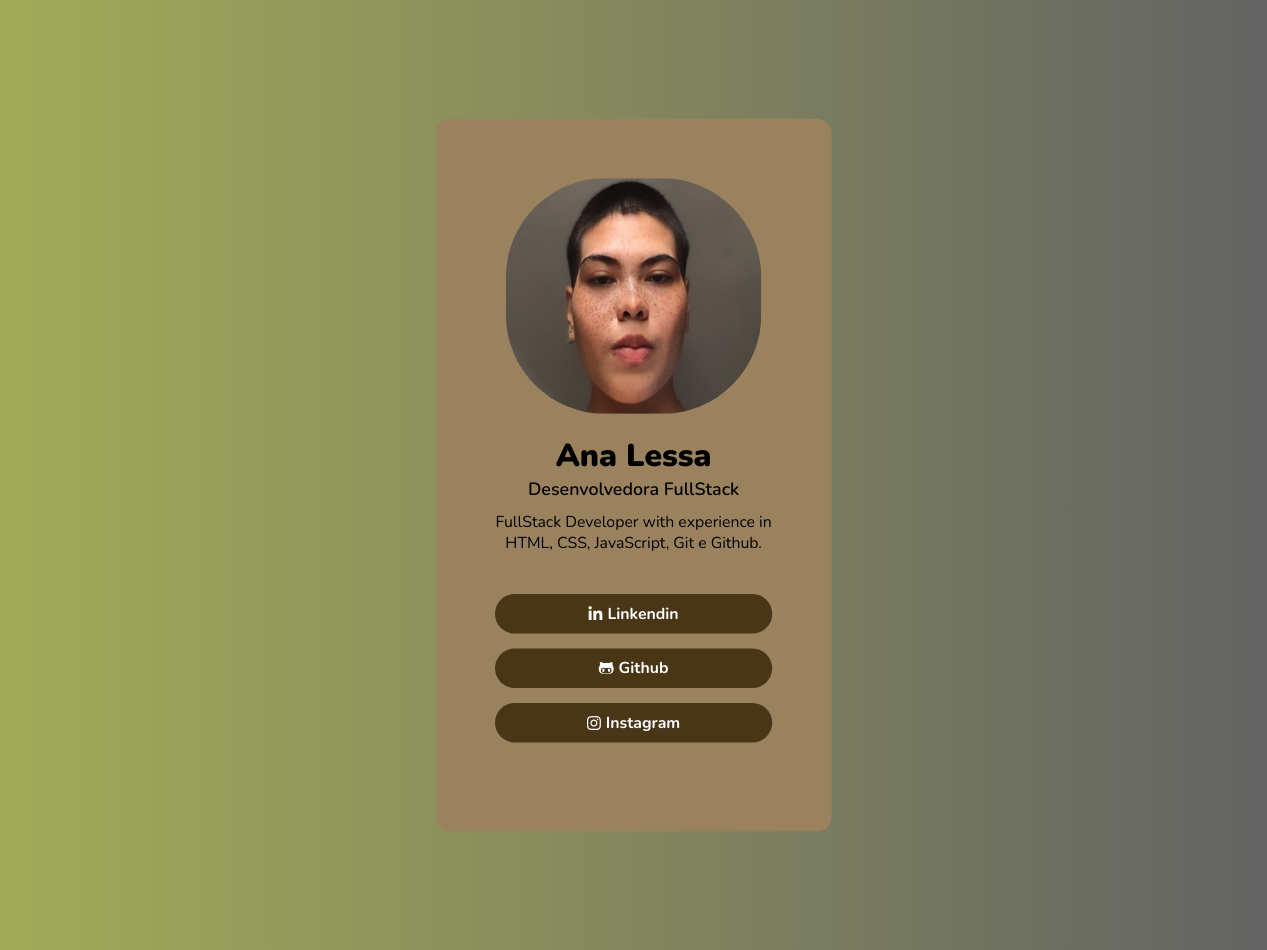
Repository: analessp/linktree
Page: index.html
These files come from the project's save history. The page is drawn as it stood at one moment and after the next save; the edit follows.
The browser window is 1280 px wide. The pictures show the whole page, at 99% of full size.

Above is the page before, as saved 2025-04-11 11:29:29.

After the next save:
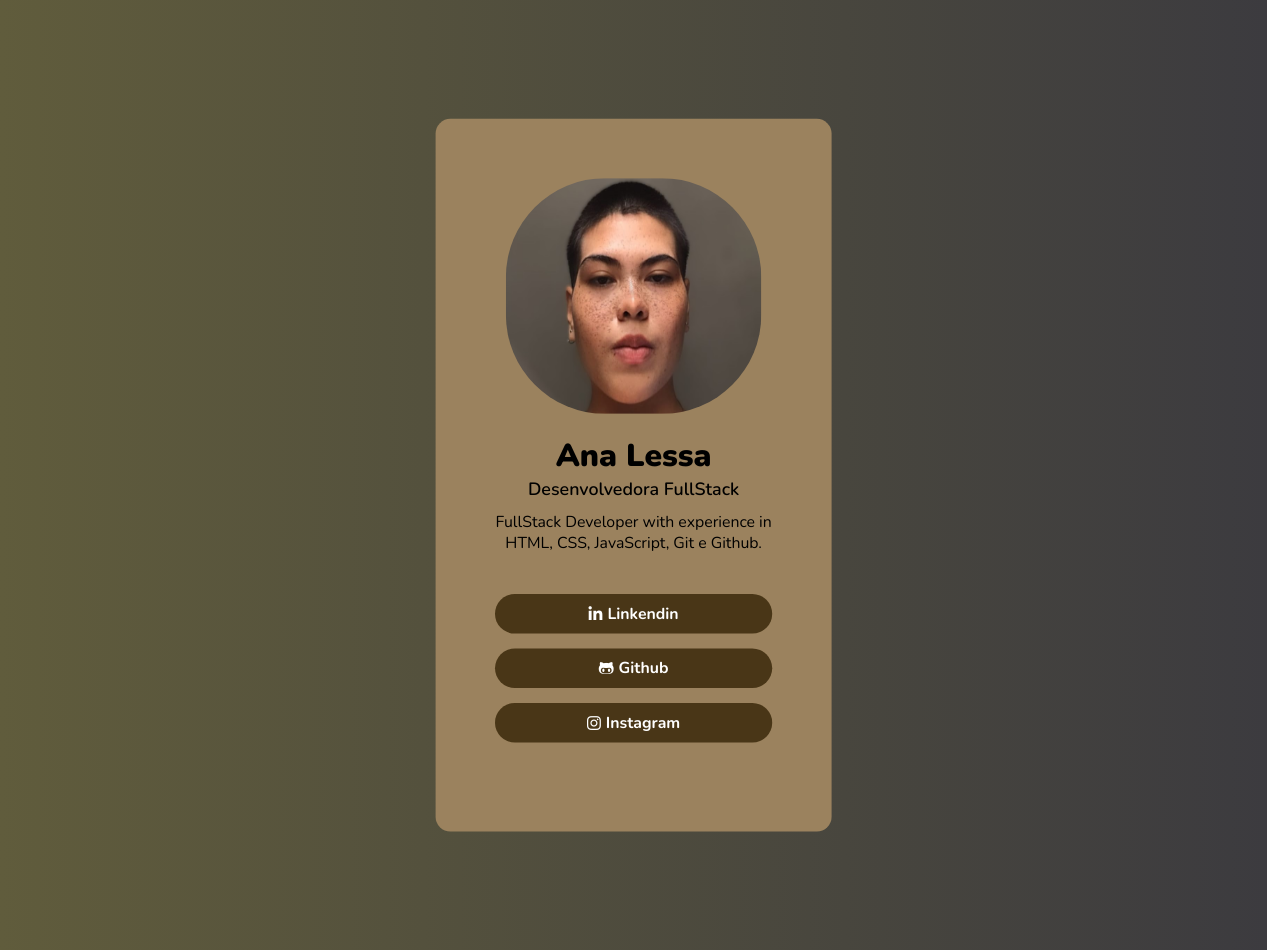
Saved 64 s later.
--- a/style.css
+++ b/style.css
@@ -6,9 +6,9 @@
 }
 
 body {
-    background: #636363;  /* fallback for old browsers */
-background: -webkit-linear-gradient(to right, #a2ab58, #636363);  /* Chrome 10-25, Safari 5.1-6 */
-background: linear-gradient(to right, #a2ab58, #636363); /* W3C, IE 10+/ Edge, Firefox 16+, Chrome 26+, Opera 12+, Safari 7+ */
+    background: #3C3B3F;  /* fallback for old browsers */
+background: -webkit-linear-gradient(to right, #605C3C, #3C3B3F);  /* Chrome 10-25, Safari 5.1-6 */
+background: linear-gradient(to right, #605C3C, #3C3B3F); /* W3C, IE 10+/ Edge, Firefox 16+, Chrome 26+, Opera 12+, Safari 7+ */
 
 }
 
